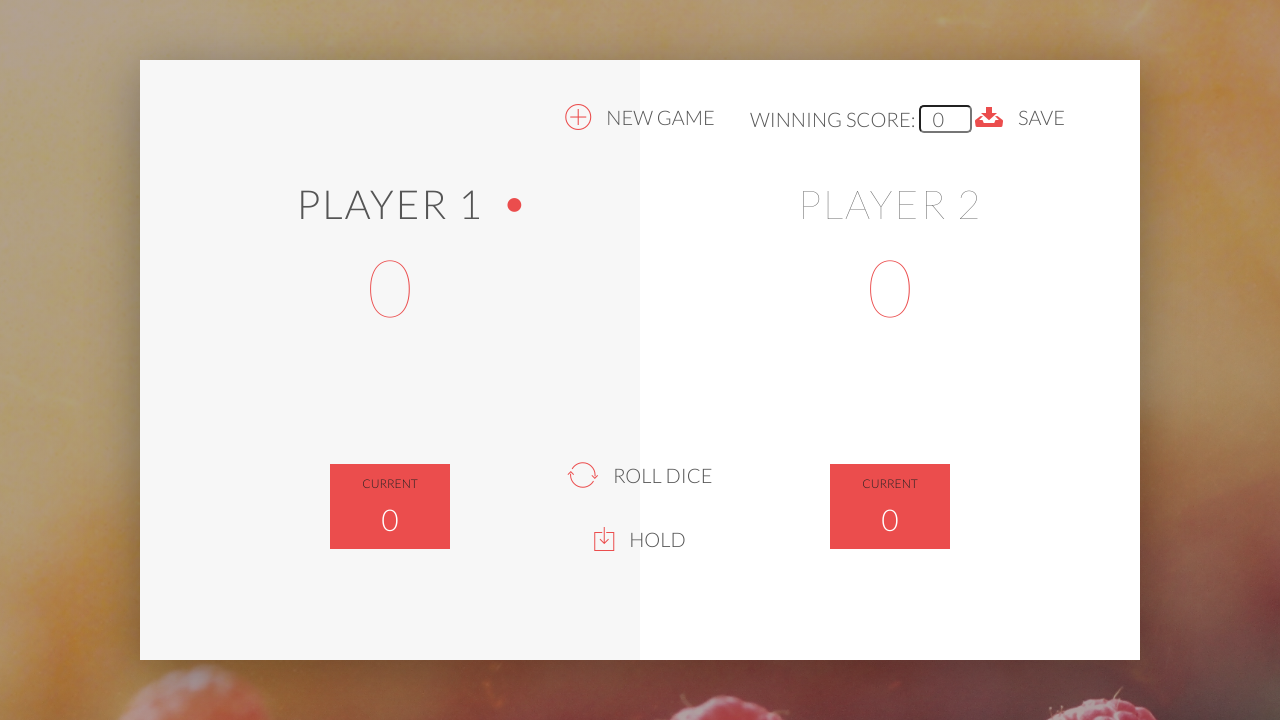
Repository: hexanek/hexanek.github.io
Page: pig-game/index.html
An editor plug-in stored every save of this project. The page is shown before and after the next save, followed by the edit.
The browser window is 1280 px wide. The pictures show the whole page.

Above is the page before, as saved 2019-12-18 21:45:42.

### pig-game/index.html
<!DOCTYPE html>
<html lang="en">
    <head>
        <meta charset="UTF-8">
        <link href="https://fonts.googleapis.com/css?family=Lato:100,300,600" rel="stylesheet" type="text/css">
        <link href="http://code.ionicframework.com/ionicons/2.0.1/css/ionicons.min.css" rel="stylesheet" type="text/css">
        <link type="text/css" rel="stylesheet" href="style.css">

        <title>Pig Game</title>
    </head>

    <body>
        <div class="wrapper clearfix">
            <div class="player-0-panel active">
                <div class="player-name" id="name-0">Player 1</div>
                <div class="player-score" id="score-0">43</div>
                <div class="player-current-box">
                    <div class="player-current-label">Current</div>
                    <div class="player-current-score" id="current-0">11</div>
                </div>
            </div>

            <div class="player-1-panel">
                <div class="player-name" id="name-1">Player 2</div>
                <div class="player-score" id="score-1">72</div>
                <div class="player-current-box">
                    <div class="player-current-label">Current</div>
                    <div class="player-current-score" id="current-1">0</div>
                </div>
            </div>

            <button class="btn-new"><i class="ion-ios-plus-outline"></i>New game</button>
            <button class="btn-roll"><i class="ion-ios-loop"></i>Roll dice</button>
            <button class="btn-hold"><i class="ion-ios-download-outline"></i>Hold</button>
            <button class="btn-save"><i class="ion-archive"></i>Save</button>
            <form action="#" class="form-score">
            Winning score: <input class="input-score" type="number" name="WinningScore" id="winScore" value="100">
            </form>
            <img src="dice-5.png" alt="Dice" class="dice">
        </div>

        <script src="app.js"></script>
    </body>
</html>

### pig-game/style.css
/**********************************************
*** GENERAL
**********************************************/

* {
    margin: 0;
    padding: 0;
    box-sizing: border-box;

}

.clearfix::after {
    content: "";
    display: table;
    clear: both;
}

body {
    background-image: linear-gradient(rgba(62, 20, 20, 0.4), rgba(62, 20, 20, 0.4)), url(back.jpg);
    background-size: cover;
    background-position: center;
    font-family: Lato;
    font-weight: 300;
    position: relative;
    height: 100vh;
    color: #555;
}

.wrapper {
    width: 1000px;
    position: absolute;
    top: 50%;
    left: 50%;
    transform: translate(-50%, -50%);
    background-color: #fff;
    box-shadow: 0px 10px 50px rgba(0, 0, 0, 0.3);
    overflow: hidden;
}

.player-0-panel,
.player-1-panel {
    width: 50%;
    float: left;
    height: 600px;
    padding: 100px;
}



/**********************************************
*** PLAYERS
**********************************************/

.player-name {
    font-size: 40px;
    text-align: center;
    text-transform: uppercase;
    letter-spacing: 2px;
    font-weight: 100;
    margin-top: 20px;
    margin-bottom: 10px;
    position: relative;
}

.player-score {
    text-align: center;
    font-size: 80px;
    font-weight: 100;
    color: #EB4D4D;
    margin-bottom: 130px;
}

.active { background-color: #f7f7f7; }
.active .player-name { font-weight: 300; }

.active .player-name::after {
    content: "\2022";
    font-size: 47px;
    position: absolute;
    color: #EB4D4D;
    top: -7px;
    right: 10px;

}

.player-current-box {
    background-color: #EB4D4D;
    color: #fff;
    width: 40%;
    margin: 0 auto;
    padding: 12px;
    text-align: center;
}

.player-current-label {
    text-transform: uppercase;
    margin-bottom: 10px;
    font-size: 12px;
    color: #222;
}

.player-current-score {
    font-size: 30px;
}

button {
    position: absolute;
    width: 200px;
    left: 50%;
    transform: translateX(-50%);
    color: #555;
    background: none;
    border: none;
    font-family: Lato;
    font-size: 20px;
    text-transform: uppercase;
    cursor: pointer;
    font-weight: 300;
    transition: background-color 0.3s, color 0.3s;
}


button:hover { font-weight: 600; }
button:hover i { margin-right: 20px; }

button:focus {
    outline: none;
}

i {
    color: #EB4D4D;
    display: inline-block;
    margin-right: 15px;
    font-size: 32px;
    line-height: 1;
    vertical-align: text-top;
    margin-top: -4px;
    transition: margin 0.3s;
}

.btn-new { top: 45px;}
.btn-roll { top: 403px;}
.btn-hold { top: 467px;}
.btn-save {
    left: 88%;
    top: 45px;
}
/* .input-score {
     top: 83px;
     position: absolute;
    width: 53px;
    left: 50%;
    transform: translateX(-50%);
    color: #555;
    background: none;
    border-radius: 5px;
    font-family: Lato;
    font-size: 20px;
    text-transform: uppercase;
    cursor: default;
    font-weight: 300;
    transition: background-color 0.3s, color 0.3s;
    } */
.input:focus{
    border: 3px solid #555;
}
.form-score{
    top: 45px;
     position: absolute;
    width: 240px;
    left: 73%;
    transform: translateX(-50%);
    color: #555;
    background: none;
    border-radius: 5px;
    font-family: Lato;
    font-size: 20px;
    text-transform: uppercase;
    cursor: default;
    font-weight: 300;
    transition: background-color 0.3s, color 0.3s;
}
.form-score input {
    text-align: center;
    width: 53px;
    color: #555;
    background: none;
    border-radius: 5px;
    font-family: Lato;
    font-size: 20px;
    text-transform: uppercase;
    cursor: default;
    font-weight: 300;
    transition: background-color 0.3s, color 0.3s;
}

.dice {
    position: absolute;
    left: 50%;
    top: 178px;
    transform: translateX(-50%);
    height: 100px;
    box-shadow: 0px 10px 60px rgba(0, 0, 0, 0.10);
}

.winner { background-color: #f7f7f7; }
.winner .player-name { font-weight: 300; color: #EB4D4D; }

### pig-game/app.js

var scores, roundScore, activePlayer, gamePlaying, doubleSix;
    init();



document.querySelector('.btn-roll').addEventListener('click', function(){
    if(gamePlaying){
    var dice = Math.floor(Math.random() * 6) + 1;


    var diceDom = document.querySelector('.dice');
    diceDom.style.display = 'block';
    diceDom.src = 'dice-' + dice + '.png';

    if (dice !== 1 && doubleSix !== dice) {

        doubleSix = dice;
        roundScore += dice;
        document.querySelector('#current-' + activePlayer).textContent = roundScore;

    } else {

        nextPlayer();
        doubleSix = 0;

    }


}


});




document.querySelector('.btn-hold').addEventListener('click', function(){
    if(gamePlaying){
    scores[activePlayer] += roundScore;
    document.querySelector('#score-' + activePlayer).textContent = scores[activePlayer];
    doubleSix = 0;


    if (scores[activePlayer] >= 100) {
        document.getElementById('name-' + activePlayer).textContent = 'Winner!';
        document.querySelector('.player-'+activePlayer+ '-panel').classList.add('winner');
        document.querySelector('.player-'+activePlayer+ '-panel').classList.remove('active');
        document.querySelector('.dice').style.display = 'none';
        gamePlaying = false;


    } else {
        nextPlayer();

    }
}
});

document.querySelector('.btn-new').addEventListener('click',  init);


function nextPlayer(){
    activePlayer === 0 ? activePlayer = 1 : activePlayer = 0;
        roundScore = 0;
        document.getElementById('current-0').textContent = '0';
        document.getElementById('current-1').textContent = '0';

        document.querySelector('.player-0-panel').classList.toggle('active');
        document.querySelector('.player-1-panel').classList.toggle('active');

        document.querySelector('.dice').style.display = 'none';
}

function init(){
    scores = [0,0];
    roundScore = 0;
    activePlayer = 0;
    gamePlaying = true;

    document.querySelector('.dice').style.display = 'none';
    var cos = 0;
    //document.querySelector('#current-'+ activePlayer).textContent = dice;
    document.getElementById('score-0').textContent = '0';
    document.getElementById('score-1').textContent = '0';
    document.getElementById('current-0').textContent = '0';
    document.getElementById('current-1').textContent = '0';
    document.getElementById('name-0').textContent = 'Player 1';
    document.getElementById('name-1').textContent = 'Player 2';
    document.querySelector('.player-0-panel').classList.remove('winner');
    document.querySelector('.player-1-panel').classList.remove('winner');
    document.querySelector('.player-0-panel').classList.remove('active');
    document.querySelector('.player-1-panel').classList.remove('active');
    document.querySelector('.player-0-panel').classList.add('active');
    document.getElementById('winScore').value = cos;
    console.log(cos);



}

After the next save:
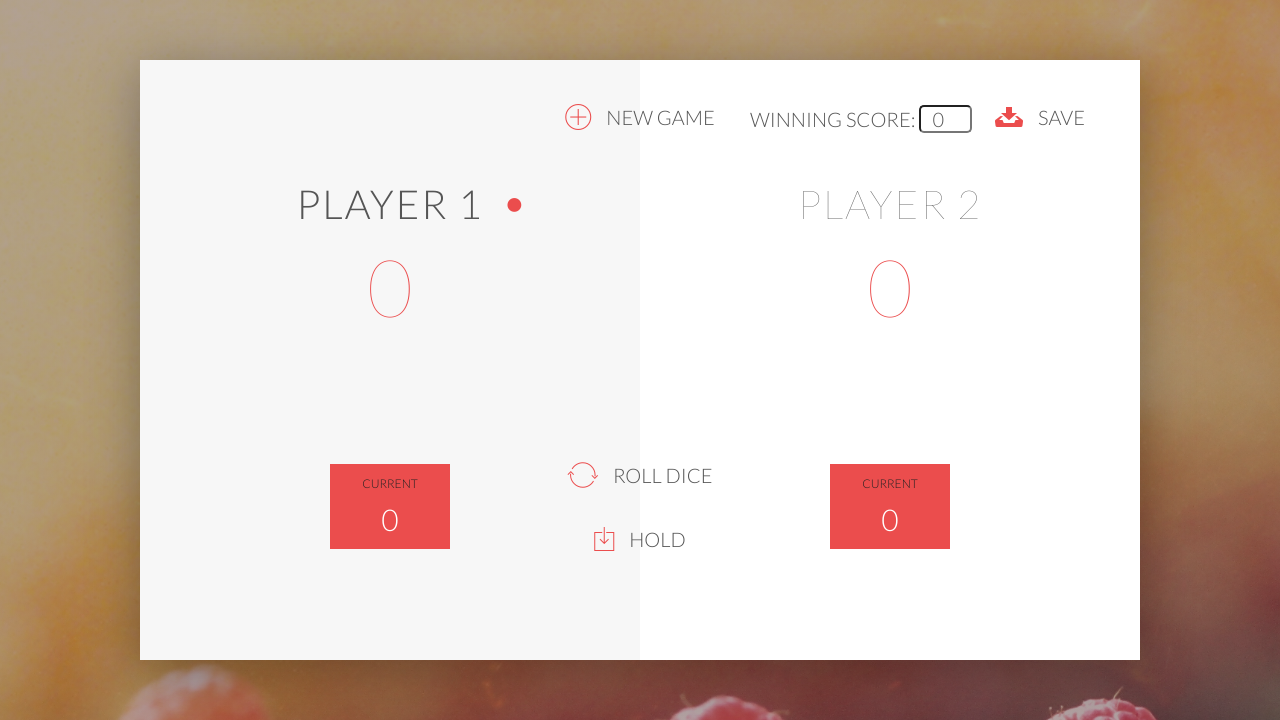
Saved 58 s later.
--- a/pig-game/style.css
+++ b/pig-game/style.css
@@ -142,7 +142,7 @@ i {
 .btn-roll { top: 403px;}
 .btn-hold { top: 467px;}
 .btn-save {
-    left: 88%;
+    left: 90%;
     top: 45px;
 }
 /* .input-score {
